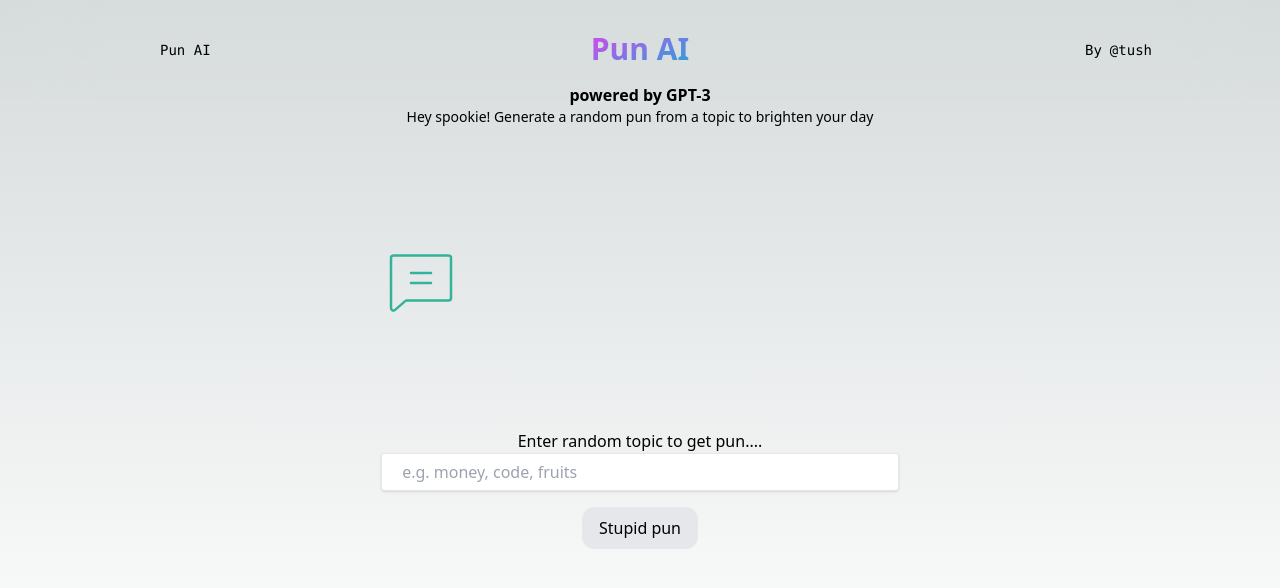
Repository: tushcmd/next-puns-ai
Page: /
An editor plug-in stored every save of this project. The page is shown before and after the next save, followed by the edit.
The browser window is 1280 px wide. The pictures show the whole page.
The project was rebuilt for these pictures with package versions that can differ from the ones it lists, and the page was loaded fresh each time. The framework's server and built-in components were replaced by stand-ins that run in the browser. Also part of the build but not shown: next.config.mjs, app/components/Spinner.tsx.

Above is the page before, as saved 2024-03-08 01:20:42.

### app/layout.tsx
import type { Metadata } from "next";
import { Inter } from "next/font/google";
import "./globals.css";

const inter = Inter({ subsets: ["latin"] });

export const metadata: Metadata = {
  title: "Create Next App",
  description: "Generated by create next app",
};

export default function RootLayout({
  children,
}: Readonly<{
  children: React.ReactNode;
}>) {
  return (
    <html lang="en">
      <body className={`{inter.className} w-full overflo-y-visible overflow-x-hidden`}>{children}</body>
    </html>
  );
}

### app/page.tsx
import Header from "./components/header";
import Hero from "./components/hero";



export default function Home() {

  return (
    <main className="flex min-h-screen flex-col items-center">
      <Header />
      <Hero />

    </main>
  );
}



 {/* async function handleSubmit(e: FormEvent:<HTMLFormElement>) {
    return ;
  }    */}

{/*Nav*/}
{/*
      <div className="z-10 max-w-5xl w-full items-center justify-between font-mono text-sm lg:flex">
        <p className="fixed left-0 top-0 flex w-full justify-center border-b border-gray-300 bg-gradient-to-b from-zinc-200 py-2 backdrop-blur-2xl dark:border-neutral-800 dark:bg-zinc-800/30 dark:from-inherit lg:static lg:w-auto  lg:rounded-xl lg:border lg:bg-gray-200 lg:p-0 lg:dark:bg-zinc-800/30">
          Pun AI
        </p>

        <div className="fixed bottom-0 left-0 flex h-48 w-full items-end justify-center bg-gradient-to-t from-white via-white dark:from-black dark:via-black lg:static lg:h-auto lg:w-auto lg:bg-none">
          {/*<div>
            Dak
       </div>
          <a
            className="pointer-events-none flex place-items-center gap-2 p-8 lg:pointer-events-auto lg:p-0"
            href="https://tushdev.co/"
            target="_blank"
            rel="noopener noreferrer"
          >
            By{" "}
            <p>@tush</p>
          </a>
        </div>
      </div>

      <div className="relative flex flex-col place-items-center before:absolute before:h-[300px] before:w-full sm:before:w-[480px] before:-translate-x-1/2 before:rounded-full before:bg-gradient-radial before:from-white before:to-transparent before:blur-2xl before:content-[''] after:absolute after:-z-20 after:h-[180px] after:w-full sm:after:w-[240px] after:translate-x-1/3 after:bg-gradient-conic after:from-sky-200 after:via-blue-200 after:blur-2xl after:content-[''] before:dark:bg-gradient-to-br before:dark:from-transparent before:dark:to-blue-700 before:dark:opacity-10 after:dark:from-sky-900 after:dark:via-[#0141ff] after:dark:opacity-40 before:lg:h-[360px] z-[-1]">
        <p className="p-4 lg:pb-8 text-xl">
          Generate a random pun from a topic to brighten your day <br /> with Pun AI
        </p>
        <svg
          xmlns="http://www.w3.org/2000/svg"
          width="156"
          height="156"
          viewBox="0 0 24 24"
          fill="none"
          stroke="#FFFFFF"
          stroke-width="2"
          stroke-linecap="round"
          stroke-linejoin="round"
          className="lucide lucide-smile"><circle cx="12" cy="12" r="10" /><path d="M8 14s1.5 2 4 2 4-2 4-2" /><line x1="9" x2="9.01" y1="9" y2="9" /><line x1="15" x2="15.01" y1="9" y2="9"
          />
        </svg>
      </div>

      <form className="flex flex-col justify-between mb-32 text-center lg:max-w-3xl lg:w-full lg:mb-0 lg:grid-cols-4">
        <div className='w-full mb-4'>
          <label className="block items-center justify-center mb-4" htmlFor="prompt-input">
            Enter random topic to get pun...
          </label>
          <input
            className="shadow appearance-none border rounded w-full py-2 px-3 text-gray-700 leading-tight focus:outline-none focus:shadow-outline"
            id="prompt-input"
            type="text"
            placeholder="e.g. money, code, fruits">
          </input>
        </div>
        <button
          type="submit"
          className="bg-blue-500 hover:bg-blue-700 text-white font-bold py-2 px-4 rounded focus:outline-none focus:shadow-outline"
        >
          Generate Pun
        </button>
      </form> */}

### app/globals.css
@tailwind base;
@tailwind components;
@tailwind utilities;

:root {
  --foreground-rgb: 0, 0, 0;
  --background-start-rgb: 214, 219, 220;
  --background-end-rgb: 255, 255, 255;
}

* {
  scroll-behavior: smooth;
}

@media (prefers-color-scheme: dark) {
  :root {
    --foreground-rgb: 255, 255, 255;
    --background-start-rgb: 0, 0, 0;
    --background-end-rgb: 0, 0, 0;
  }
}

body {
  color: rgb(var(--foreground-rgb));
  background: linear-gradient(
      to bottom,
      transparent,
      rgb(var(--background-end-rgb))
    )
    rgb(var(--background-start-rgb));
}

@layer utilities {
  .text-balance {
    text-wrap: balance;
  }
}

### app/components/header.tsx
import Link from "next/link";

export default function Header() {
    return (
        <header className="fixed flex justify-center items-center w-full t-0 md:pb-4 md:pt-4 backdrop-blur-2xl">
            <div className="flex flex-row items-center w-full py-6 md:max-w-5xl justify-between font-mono text-sm">
                <Link
                    className="px-8"
                    href='/'
                >
                    Pun AI
                </Link>

                <Link
                    className="pointer-events-none flex place-items-center gap-2 px-8 lg:pointer-events-auto lg:p-0"
                    href="https://tushdev.co/"
                    target="_blank"
                    rel="noopener noreferrer"
                >
                    By{" "}
                    <p>@tush</p>
                </Link>
            </div>
        </header>


    );
}


{/*<header className = 'fixed flex justify-center items-center w-full z-50 t-0 border-gray-300 bg-gradient-to-b from-zinc-200 pb-6 pt-8 backdrop-blur-2xl dark:border-neutral-800 dark:bg-zinc-800/30 dark:from-inherit lg:static  lg:rounded-xl lg:border lg:bg-gray-200 lg:p-4 lg:dark:bg-zinc-800/30'>
            <div className="flex items-start md:max-w-5xl py-3 w-auto md:px-5 px-5 justify-start font-mono text-sm">
                <Link href='/' className=''> Pun AI</Link>
            </div>
        </header> */}

{/*} <div className="flex flex-row z-10 max-w-5xl w-full items-center justify-between font-mono text-sm">
            <p className="fixed left-0 top-0 flex items-start border-b border-gray-300 bg-gradient-to-b from-zinc-200 pb-6 pt-8 backdrop-blur-2xl dark:border-neutral-800 dark:bg-zinc-800/30 dark:from-inherit lg:static w-auto  lg:rounded-xl lg:border lg:bg-gray-200 lg:p-4 lg:dark:bg-zinc-800/30">
                Pun AI
            </p>
            <p>h2</p>
        </div> */}

### app/components/hero.tsx
'use client'

import { useState, FormEvent } from "react";
import Spinner from "./Spinner";




export default function Hero() {

    const [pun, setPun] = useState("");
    const [punLoading, setPunLoading] = useState(false);
    const [punLoadingError, setPunLoadingError] = useState(false);

    async function handleSubmit(e: FormEvent<HTMLFormElement>) {
        e.preventDefault();
        const formData = new FormData(e.target as HTMLFormElement);
        const prompt = formData.get("prompt")?.toString().trim();

        if (prompt) {
            try {
                setPun("");
                setPunLoadingError(false);
                setPunLoading(true);

                const response = await fetch("/api/cringe?prompt=" + encodeURIComponent(prompt));
                const body = await response.json();
                setPun(body.pun);
            } catch (error) {
                console.error(error);
                setPunLoadingError(true);
            } finally {
                setPunLoading(false);
            }
        }
    }



    return (
        <div className="flex flex-col relative justify-center items-center h-screen md:py-10 py-6 overflow-wrap max-w-3xl px-5">
            <p className="text-3xl font-bold pb-4 bg-gradient-to-br from-fuchsia-500 to-cyan-500 bg-clip-text text-transparent">Pun AI</p>
            <p className="text-base font-bold">powered by GPT-3</p>
            <div className="text-sm">Hey spookie! Generate a random pun from a topic to brighten your day</div>
            <div className='mx-[2rem] relative w-full flex items-center aspect-[12/7]'>
                <svg xmlns="http://www.w3.org/2000/svg" width="80" height="80" fill="#34b29b" viewBox="0 0 256 256"><path d="M216,52H40A12,12,0,0,0,28,64V224a11.89,11.89,0,0,0,6.93,10.88A12.17,12.17,0,0,0,40,236a11.89,11.89,0,0,0,7.69-2.83l.06-.06,32.14-28.17A4,4,0,0,1,82.5,204H216a12,12,0,0,0,12-12V64A12,12,0,0,0,216,52Zm4,140a4,4,0,0,1-4,4H82.5a12.1,12.1,0,0,0-7.79,2.87l-32.16,28.2A4,4,0,0,1,36,224V64a4,4,0,0,1,4-4H216a4,4,0,0,1,4,4Zm-56-80a4,4,0,0,1-4,4H96a4,4,0,0,1,0-8h64A4,4,0,0,1,164,112Zm0,32a4,4,0,0,1-4,4H96a4,4,0,0,1,0-8h64A4,4,0,0,1,164,144Z"></path></svg>
            </div>
            <form onSubmit={handleSubmit} className='flex flex-col justify-between mb-32 text-center items-center'>
                <div className='mb-4'>
                    <label
                        className="pb-8"
                    >
                        Enter random topic to get pun....
                    </label>
                    <input
                        className="shadow appearance-none border rounded w-full py-2 px-5 text-gray-700 leading-tight focus:outline-none focus:shadow-outline"
                        id="prompt-input"
                        type="text"
                        placeholder="e.g. money, code, fruits">
                    </input>
                </div>
                <button type='submit' className='mb-3 border static rounded-xl bg-gray-200 py-2 px-4 hover:bg-zinc-400 dark:bg-zinc-800/30' disabled={punLoading}>
                    Stupid pun
                </button>
            </form>

            {punLoading && <Spinner />}
            {punLoadingError && "Something went wrong. Please try again."}
            {pun && <h5>{pun}</h5>}
        </div>
    )
}

### tailwind.config.ts
import type { Config } from "tailwindcss";

const config: Config = {
  content: [
    "./pages/**/*.{js,ts,jsx,tsx,mdx}",
    "./components/**/*.{js,ts,jsx,tsx,mdx}",
    "./app/**/*.{js,ts,jsx,tsx,mdx}",
  ],
  theme: {
    extend: {
      backgroundImage: {
        "gradient-radial": "radial-gradient(var(--tw-gradient-stops))",
        "gradient-conic":
          "conic-gradient(from 180deg at 50% 50%, var(--tw-gradient-stops))",
      },
      screens: {
        sm: '480px',
        md: '768px',
        lg: '976px',
        xl: '1440px',
      },
    },
  },
  plugins: [],
};
export default config;

### app/components/ThemeSwitchButton.tsx
'use client'

import { useEffect, useState } from 'react';
import { useTheme } from 'next-themes';

export default function ThemeSwitchButton() {
    const [mounted, setMounted] = useState(false);
    const { resolvedTheme, setTheme } = useTheme();
    // After mounting, we have access to the theme
    useEffect(() => setMounted(true), []);

    return (

        <button
            aria-label="Toggle Dark Mode"
            type="button"
            className="w-10 h-10  flex items-center justify-center hover:bg-neutral-200 hover:dark:bg-neutral-600 rounded-full transition-all"
            onClick={() =>
                setTheme(resolvedTheme === "dark" ? "light" : "dark")
            }
        >
            {mounted && (
                <svg xmlns="http://www.w3.org/2000/svg"
                    fill="none"
                    viewBox="0 0 24 24"
                    strokeWidth="1.5"
                    stroke="currentColor"
                    className="w-6 h-6 switch">

                    {resolvedTheme === "dark" ? (
                        <path
                            strokeLinecap="round"
                            strokeLinejoin="round"
                            strokeWidth={2}
                            d="M12 3v1m0 16v1m9-9h-1M4 12H3m15.364 6.364l-.707-.707M6.343 6.343l-.707-.707m12.728 0l-.707.707M6.343 17.657l-.707.707M16 12a4 4 0 11-8 0 4 4 0 018 0z"
                        />

                    ) : (
                        <path
                            strokeLinecap="round"
                            strokeLinejoin="round"
                            strokeWidth={2}
                            d="M20.354 15.354A9 9 0 018.646 3.646 9.003 9.003 0 0012 21a9.003 9.003 0 008.354-5.646z"
                        />

                    )}
                </svg>
            )
            }
        </button >

    )
}

After the next save:
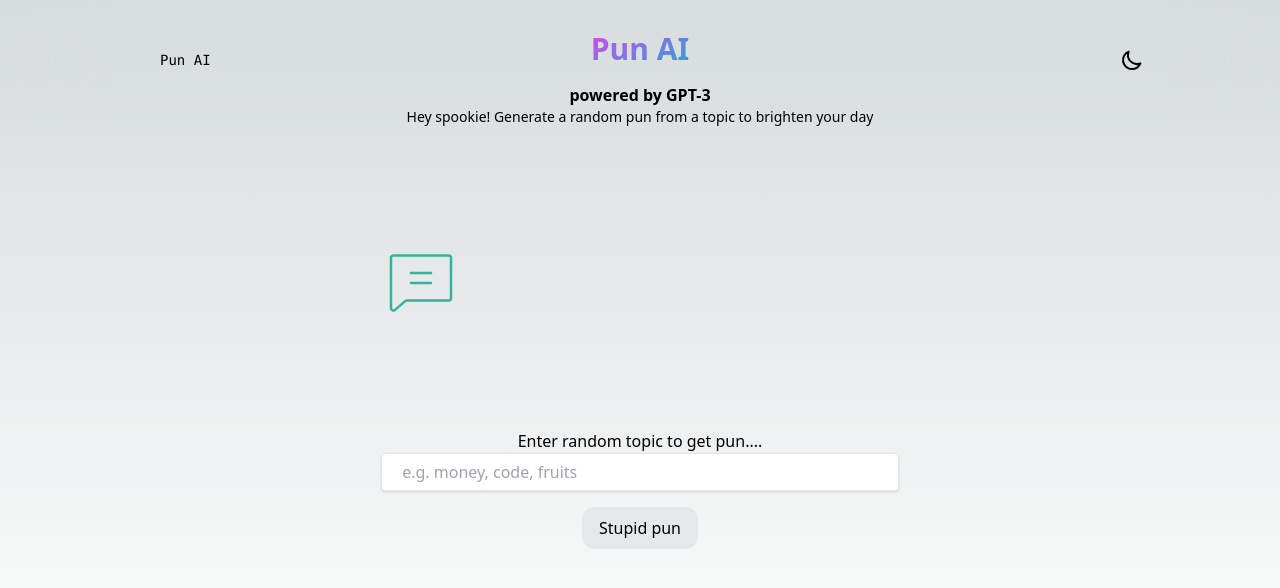
Saved 4 min 2 s later.
--- a/app/components/header.tsx
+++ b/app/components/header.tsx
@@ -1,4 +1,5 @@
 import Link from "next/link";
+import ThemeSwitchButton from "./ThemeSwitchButton";
 
 export default function Header() {
     return (
@@ -11,15 +12,7 @@
                     Pun AI
                 </Link>
 
-                <Link
-                    className="pointer-events-none flex place-items-center gap-2 px-8 lg:pointer-events-auto lg:p-0"
-                    href="https://tushdev.co/"
-                    target="_blank"
-                    rel="noopener noreferrer"
-                >
-                    By{" "}
-                    <p>@tush</p>
-                </Link>
+                <ThemeSwitchButton />
             </div>
         </header>
 
